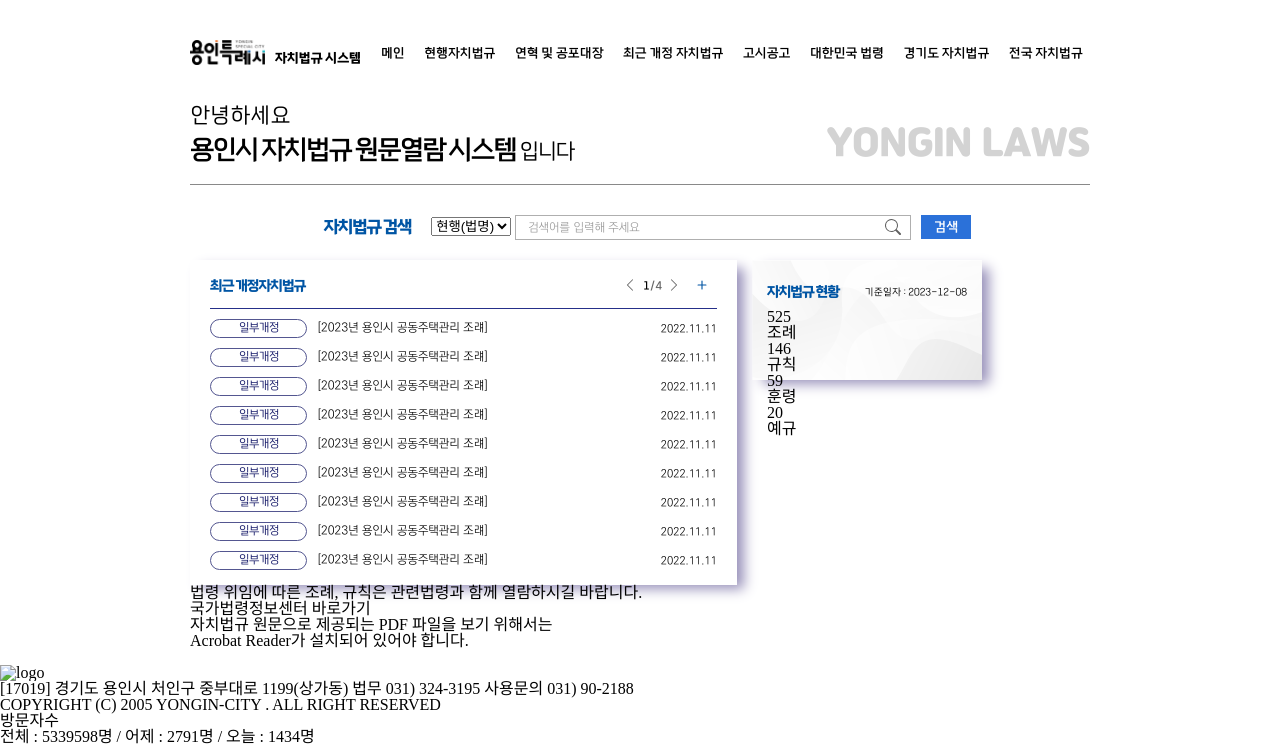
Repository: makeditWeb/yongin_laws
Page: index.html
The author's editor kept a copy of each file at every save. The page is drawn from the files as they stood at one save, then again after the next save.
The browser window is 1280 px wide. The pictures show the whole page.

Above is the page before, as saved 2024-03-24 14:48:28.

### index.html
<!DOCTYPE html>
<html lang="en">
<head>
    <meta charset="UTF-8">
    <meta name="viewport" content="width=device-width, initial-scale=1.0">
    <title>자치법규 시스템</title>

    <link rel="stylesheet" href="./css/reset.css">
    <link rel="stylesheet" href="./css/style.css">
</head>
<body>

    <header>
        <div class="header_wrapp">
            <div class="logo">
                <img src="./img/logo.png" alt="logo">
                <p>자치법규 시스템</p>
            </div>
            <nav class="nav_item">
                <ul>
                    <li>
                        <a href="javascript:void(0)">메인</a>
                    </li>
                    <li>
                        <a href="javascript:void(0)">현행자치법규</a>
                    </li>
                    <li>
                        <a href="javascript:void(0)">연혁 및 공포대장</a>
                    </li>
                    <li>
                        <a href="javascript:void(0)">최근 개정 자치법규</a>
                    </li>
                    <li>
                        <a href="javascript:void(0)">고시공고</a>
                    </li>
                    <li>
                        <a href="javascript:void(0)">대한민국 법령</a>
                    </li>
                    <li>
                        <a href="javascript:void(0)">경기도 자치법규</a>
                    </li>
                    <li>
                        <a href="javascript:void(0)">전국 자치법규</a>
                    </li>
                </ul>
            </nav>
        </div>

    </header>


    <section class="section">
        <div class="greeting_wrap">
            <div class="greeting_left">
                <h3 class="sub-title">안녕하세요</h3>
                <p>용인시 자치법규 원문열람 시스템 <span>입니다</span></p>
            </div>
            <p class="greeting_right">
                YONGIN LAWS
            </p>
        </div>

        <div class="search_wrap">
            <p>자치법규 검색</p>
            <div class="search_bar">

                <form class="search-container">
                    <select>
                        <option value="1">현행(법명)</option>
                        <option value="2">현행(법명)</option>
                        <option value="3">현행(법명)</option>
                        <option value="4">현행(법명)</option>
                    </select>
                    <input type="text" id="search-bar" placeholder="검색어를 입력해 주세요">
                    <svg class="search-icon" xmlns="http://www.w3.org/2000/svg" width="16" height="16" fill="currentColor" class="bi bi-search" viewBox="0 0 16 16">
                        <path d="M11.742 10.344a6.5 6.5 0 1 0-1.397 1.398h-.001q.044.06.098.115l3.85 3.85a1 1 0 0 0 1.415-1.414l-3.85-3.85a1 1 0 0 0-.115-.1zM12 6.5a5.5 5.5 0 1 1-11 0 5.5 5.5 0 0 1 11 0"/>
                    </svg>
                </form>
            </div>
            <button type="button" class="btn search-btn"> 검색</button>
        </div>

        <div class="main_dash_wrapp">
            <div class="left_dashboard dashboad_box">

                <div class="dashboard_head">
                    <div class="dash_board_title">최근 개정자치법규</div>
                    <div class="dash_sub_right">
                        <div class="page">

                            <button type="button">
                                <svg class="page_prev" xmlns="http://www.w3.org/2000/svg" width="16" height="16" fill="currentColor" class="bi bi-chevron-left" viewBox="0 0 16 16">
                                    <path fill-rule="evenodd" d="M11.354 1.646a.5.5 0 0 1 0 .708L5.707 8l5.647 5.646a.5.5 0 0 1-.708.708l-6-6a.5.5 0 0 1 0-.708l6-6a.5.5 0 0 1 .708 0"/>
                                </svg>
                            </button>

                            <p><span class="now-page">1</span> / 4</p>

                            <button type="button">
                                <svg class="page_next" xmlns="http://www.w3.org/2000/svg" width="16" height="16" fill="currentColor" class="bi bi-chevron-right" viewBox="0 0 16 16">
                                    <path fill-rule="evenodd" d="M4.646 1.646a.5.5 0 0 1 .708 0l6 6a.5.5 0 0 1 0 .708l-6 6a.5.5 0 0 1-.708-.708L10.293 8 4.646 2.354a.5.5 0 0 1 0-.708"/>
                                </svg>
                            </button>

                            <button class="plus_btn">
                                <svg xmlns="http://www.w3.org/2000/svg" width="16" height="16" fill="currentColor" class="bi bi-plus" viewBox="0 0 16 16">
                                    <path d="M8 4a.5.5 0 0 1 .5.5v3h3a.5.5 0 0 1 0 1h-3v3a.5.5 0 0 1-1 0v-3h-3a.5.5 0 0 1 0-1h3v-3A.5.5 0 0 1 8 4"/>
                                </svg>
                            </button>
                        </div>

                    </div>
                </div>
                <div class="dash_board_body">
                    <ul>
                        <li class="board_category">
                            <p>일부개정</p>
                        </li>
                        <li class="board_title">
                            [2023년 용인시 공동주택관리 조럐]
                        </li>
                        <li class="board_date">
                            2022.11.11
                        </li>
                    </ul>
                    <ul>
                        <li class="board_category">
                            <p>일부개정</p>
                        </li>
                        <li class="board_title">
                            [2023년 용인시 공동주택관리 조럐]
                        </li>
                        <li class="board_date">
                            2022.11.11
                        </li>
                    </ul>
                    <ul>
                        <li class="board_category">
                            <p>일부개정</p>
                        </li>
                        <li class="board_title">
                            [2023년 용인시 공동주택관리 조럐]
                        </li>
                        <li class="board_date">
                            2022.11.11
                        </li>
                    </ul>
                    <ul>
                        <li class="board_category">
                            <p>일부개정</p>
                        </li>
                        <li class="board_title">
                            [2023년 용인시 공동주택관리 조럐]
                        </li>
                        <li class="board_date">
                            2022.11.11
                        </li>
                    </ul>
                    <ul>
                        <li class="board_category">
                            <p>일부개정</p>
                        </li>
                        <li class="board_title">
                            [2023년 용인시 공동주택관리 조럐]
                        </li>
                        <li class="board_date">
                            2022.11.11
                        </li>
                    </ul>
                    <ul>
                        <li class="board_category">
                            <p>일부개정</p>
                        </li>
                        <li class="board_title">
                            [2023년 용인시 공동주택관리 조럐]
                        </li>
                        <li class="board_date">
                            2022.11.11
                        </li>
                    </ul>
                    <ul>
                        <li class="board_category">
                            <p>일부개정</p>
                        </li>
                        <li class="board_title">
                            [2023년 용인시 공동주택관리 조럐]
                        </li>
                        <li class="board_date">
                            2022.11.11
                        </li>
                    </ul>
                    <ul>
                        <li class="board_category">
                            <p>일부개정</p>
                        </li>
                        <li class="board_title">
                            [2023년 용인시 공동주택관리 조럐]
                        </li>
                        <li class="board_date">
                            2022.11.11
                        </li>
                    </ul>
                    <ul>
                        <li class="board_category">
                            <p>일부개정</p>
                        </li>
                        <li class="board_title">
                            [2023년 용인시 공동주택관리 조럐]
                        </li>
                        <li class="board_date">
                            2022.11.11
                        </li>
                    </ul>
                </div>

            </div>

            <div class="right_dashboard">
                <div class="grid_wrap ">
                    <div class="grid_dashboard grid-width70 dashboad_box">
                        <div class="dashboard_head">
                            <div class="dash_board_title">자치법규 현황</div>
                            <p class="today_date">기준일자 : 2023-12-08</p>
                        </div>

                        <ul class="dashboard_content">
                            <li class="dashboard_content_list">
                                <p class="list_number">525</p>
                                <span>조례</span>
                            </li>
                            <li class="dashboard_content_list">
                                <p class="list_number">146</p>
                                <span>규칙</span>
                            </li>
                            <li class="dashboard_content_list">
                                <p class="list_number">59</p>
                                <span>훈령</span>
                            </li>
                            <li class="dashboard_content_list">
                                <p class="list_number">20</p>
                                <span>예규</span>
                            </li>
                        </ul>

                    </div>
                    <div class="grid_dashboard grid-width30 dashboad_box">

                    </div>
                </div>
                <div class="grid_bottom dashboad_box">

                </div>
            </div>
        </div>


        <div class="">
            <p>법령 위임에 따른 조례, 규칙은 관련법령과 함께 열람하시길 바랍니다.</p>
            <div class="link_short">
                국가법령정보센터 바로가기
            </div>
        </div>
        <div>
            <p>자치법규 원문으로 제공되는 PDF 파일을 보기 위해서는
            <br>Acrobat Reader가 설치되어 있어야 합니다.</p>
            <div class="icon_permi">
                <img src="">
            </div>
        </div>

    </section>

    <footer>
        <div class="footer_wrapp">
            <div class="footer_wrapp_left">
                <div class="logo">
                    <img src="" alt="logo">
                </div>
                <div class="company_info">
                    <p>[17019] 경기도 용인시 처인구 중부대로 1199(상가동)     법무  031) 324-3195    사용문의   031)  90-2188 </p>
                    <p> COPYRIGHT (C) 2005 YONGIN-CITY .  ALL  RIGHT  RESERVED</p>
                </div>
            </div>
            <div class="footer_wrapp_right">
                <p class="footer_wrap_span">방문자수</p>
                <p class="footer_wrap_text">전체 : 5339598명 / 어제 : 2791명 / 오늘 : 1434명</p>
            </div>

        </div>

    </footer>
</body>
</html>

### css/style.css
:root{
    --color-blue:#0055a4;
    --color-black:#000;
}

/* font */

/* KoPubWorld-Batang */
@font-face {
    font-family: 'KoPBatang';
    font-weight: 300;
    src: url('../fonts/KoPubWorld-Batang-Light.otf') format(otf),
        url('../fonts/KoPubWorld-Batang-Light.woff2') format(woff2);
}

@font-face {
    font-family: 'KoPBatang';
    font-weight: 500;
    src: url('../fonts/KoPubWorld-Batang-Medium.otf') format(otf),
        url('../fonts/KoPubWorld-Batang-Medium.woff2') format(woff2);
}

@font-face {
    font-family: 'KoPBatang';
    font-weight: 700;
    src: url('../fonts/KoPubWorld-Batang-Bold.otf') format(otf),
        url('../fonts/KoPubWorld-Batang-Bold.woff2') format(woff2);
}

/* KoPubWorld-Dotum  */

@font-face {
    font-family: 'KoPDotum';
    font-weight: 300;
    src: url('../fonts/KoPubWorld-Dotum-Light.otf') format(otf),
        url('../fonts/KoPubWorld-Dotum-Light.woff2') format(woff2);
}

@font-face {
    font-family: 'KoPBatang';
    font-weight: 500;
    src: url('../fonts/KoPubWorld-Dotum-Medium.otf') format(otf),
        url('../fonts/KoPubWorld-Dotum-Medium.woff2') format(woff2);
}

@font-face {
    font-family: 'KoPBatang';
    font-weight: 700;
    src: url('../fonts/KoPubWorld-Dotum-Bold.otf') format(otf),
        url('../fonts/KoPubWorld-Dotum-Bold.woff2') format(woff2);
}


/* TheJamsil */


@font-face {
    font-family: 'TheJamsil';
    font-weight:100;
    src: url('../fonts/TheJamsil-Thin.otf') format(otf),
        url('../fonts/TheJamsil-Thin.woff2') format(woff2);
}

@font-face {
    font-family: 'TheJamsil';
    font-weight: 300;
    src: url('../fonts/TheJamsil-Light.otf') format(otf),
        url('../fonts/TheJamsil-Light.woff2') format(woff2);
}

@font-face {
    font-family: 'TheJamsil';
    font-weight: 400;
    src: url('../fonts/TheJamsil-Regular.otf') format(otf),
        url('../fonts/TheJamsil-Regular.woff2') format(woff2);
}


@font-face {
    font-family: 'TheJamsil';
    font-weight: 500;
    src: url('../fonts/TheJamsil-Medium.otf') format(otf),
        url('../fonts/TheJamsil-Medium.woff2') format(woff2);
}

@font-face {
    font-family: 'TheJamsil';
    font-weight: 700;
    src: url('../fonts/TheJamsil-Bold.otf') format(otf),
        url('../fonts/TheJamsil-Bold.woff2') format(woff2);
}

@font-face {
    font-family: 'TheJamsil';
    font-weight: 800;
    src: url('../fonts/TheJamsil-ExtraBold.otf') format(otf),
        url('../fonts/TheJamsil-ExtraBold.woff2') format(woff2);
}


/* Jalna */

@font-face {
    font-family: 'Jalnan';
    src: url('../fonts/JalnanOTF00.otf') format(otf),
        url('../fonts/JalnanOTF00.woff2') format(woff2);
}

/*  NPSfont */

@font-face {
    font-family: 'NPSfont';
    src: url('../fonts/NPSfontBold.otf') format(otf),
        url('../fonts/NPSfontBold.woff2') format(woff2);
}


.section{
    max-width: 900px;
    margin: 0 auto;
}

button{
    box-shadow: none;
    outline: none;
}
/* main */


/* header */
.header_wrapp{
    max-width: 900px;
    margin: 0 auto;
    padding: 40px 0;
    display: flex;
    align-items: center;
}

header .logo{
    display: flex;
    align-items: flex-end;
    margin-right: 20px;
}

header .logo img{
    width: 75px;
    height: auto;
}

header .logo p{
    font-family: 'TheJamsil',sans-serif;
    font-size: 13px;
    margin-left: 10px;
    font-weight: 700;
}

.nav_item ul{
    display: flex;
    align-items: center;
    justify-content: space-between;
}

.nav_item{
    width: 78%;
}

.nav_item li{
    font-family: 'TheJamsil',sans-serif;

}

.nav_item li a{
    font-size: 13px;
    font-weight: 400;
    color: #000;
    text-decoration: none;
}


/* dashboard */

.greeting_wrap{
    width: 100%;
    display: flex;
    align-items: flex-end;
    justify-content: space-between;
    font-family: 'TheJamsil',sans-serif;
    padding-bottom: 20px;
    border-bottom: 1px solid #898989;
}

.greeting_wrap .greeting_left .sub-title{
    font-weight: 300;
    font-size: 22px;
}

.greeting_wrap .greeting_left p{
    font-size: 27px;
    font-weight: 400;
    margin-top: 10px;
    letter-spacing: -0.08em;
}

.greeting_wrap  .greeting_left p span{
    font-size: 22px;
    font-weight: 300;
}

.greeting_wrap .greeting_right{
    font-family: 'Jalnan', sans-serif;
    font-size: 36px;
    color: #d3d3d3;
}

.search_wrap{
    padding: 30px 20px 20px 35px;
    display: flex;
    align-items: center;
    justify-content: center;
}

.search_wrap p{
    font-family: 'TheJamsil';
    color: #0055a4;
    font-size: 17px;
    font-weight: 700;
    letter-spacing: -0.08em;
}

.search_bar{
    margin: 0 10px 0 20px;
}

.search_bar input{
    width: 396px;
    height: 25px;
    border:1px solid #afafaf;
    font-family: 'KoPDotum',sans-serif;
    padding: 10px 12px;
    box-sizing: border-box;
}

.search_bar input:focus{
    outline: none;
}

.search_bar input::placeholder{
    font-size: 12px;
    color: #999999;
}

.search_bar form{
    position: relative;
}

.search_bar .search-icon{
    top: 50%;
    right: 10px;
    transform: translate(0,-50%);
    position: absolute;
    fill: #606060;
}

.search_wrap .search-btn{
    width: 50px;
    height: 24px;
    display: flex;
    align-items: center;
    justify-content: center;
    background-color: #2b71d9;
    color: #fff;
    font-family: 'TheJamsil',sans-serif;
    font-weight: 400;
    border: none;
}


/* dashboard */

.main_dash_wrapp{
    display: flex;
    width: 100%;
    gap: 15px;
}

.main_dash_wrapp .dashboad_box{
    -webkit-box-shadow: 9px 6px 12px -2px #9891BA;
    box-shadow: 9px 6px 12px -2px #9891BA;
}

.main_dash_wrapp .left_dashboard{
    width: 60%;
    padding: 15px 20px;
}


.main_dash_wrapp .right_dashboard{
    width: 40%;
}

.main_dash_wrapp .dashboard_head{
    display: flex;
    align-items: center;
    justify-content: space-between;
    padding-bottom: 10px;
    border-bottom: 1px solid #252f89;
}

.dashboard_head .page{
    display: flex;
    align-items: center;
}

.dashboard_head .page button{
    background: none;
    border: none;
    cursor: pointer;
}

.dashboard_head .page button svg{
    width: 14px;
    height: 14px;
    fill: #616161;
}


.dashboard_head .page button.plus_btn svg{
    fill: var(--color-blue);
    width: 18px;
    height: 18px;
}

.dashboard_head .page p{
    font-family: 'TheJamsil';
    font-weight: 400;
    font-size: 11px;
    letter-spacing: -0.08em;
    color: #686868;
}

.dashboard_head .page p .now-page{
    color: #000;
}

.dashboard_head .dash_board_title{
    font-family: 'TheJamsil';
    font-weight: 700;
    font-size: 14px;
    color: #0055a4;
    letter-spacing: -0.08em;
}

.left_dashboard .dash_board_body{
    padding-top: 10px;
}

.left_dashboard .dash_board_body ul{
    display: flex;
    align-items: center;
    margin-bottom: 10px;
}

.left_dashboard .dash_board_body ul li:nth-child(1){
    width: 20%;
}

.left_dashboard .dash_board_body ul li:nth-child(2){
    width: 60%;
}

.left_dashboard .dash_board_body ul li:nth-child(3){
    width: 20%;
}

.left_dashboard .dash_board_body ul:last-child{
    margin-bottom: 0;
}

.left_dashboard .dash_board_body ul li.board_category p{
    border:1px solid #535690;
    width: auto;
    height: 17px;
    border-radius: 50px;
    display: flex;
    align-items: center;
    justify-content: center;
    font-size: 12px;
    font-family: 'TheJamsil';
    font-weight: 300;
    padding: 0 5px;
    letter-spacing: -0.08em;
    color: #191d6b;
}

.left_dashboard .dash_board_body ul li.board_title{
    padding: 0 10px;
    font-family: 'KoPDotum',sans-serif;
    font-weight: 300;
    font-size: 12px;
}

.left_dashboard .dash_board_body ul li.board_date{
    text-align: right;
    font-family: 'KoPDotum',sans-serif;
    font-weight: 300;
    font-size: 11px;
}

.dashboard_head .today_date{
    font-family: 'TheJamsil';
    font-weight: 300;
    font-size: 10px;
    color: #000;
}

.right_dashboard .grid-width70{
    width: 230px;
    height: 120px;
    padding: 25px 15px;
    background: url('../img/dash_back01.png') no-repeat;
    background-size: cover;
    box-sizing: border-box;
}

.right_dashboard .grid-width30{
    width: 30%;
}

.right_dashboard .grid_wrap{
    display: flex;
    align-items: center;
}

.right_dashboard .dashboard_head{
    border-bottom: none;
}

Loaded but not shown: css/reset.css (common file)

After the next save:
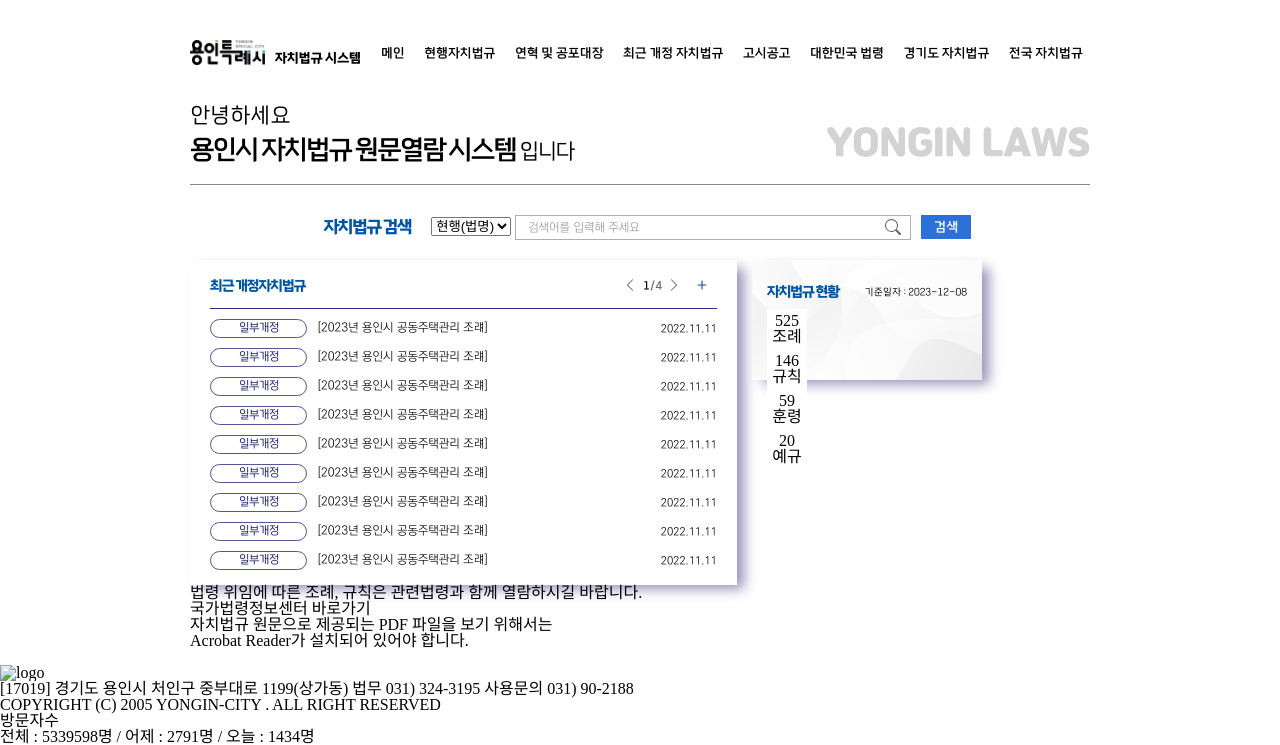
Saved 31 s later.
--- a/css/style.css
+++ b/css/style.css
@@ -434,3 +434,13 @@
 .right_dashboard .dashboard_head{
     border-bottom: none;
 }
+
+.dashboard_content_list{
+    width: 40px;
+    height: 40px;
+    background: #fff;
+    display: flex;
+    flex-direction: column;
+    align-items: center;
+    justify-content: center;
+}
